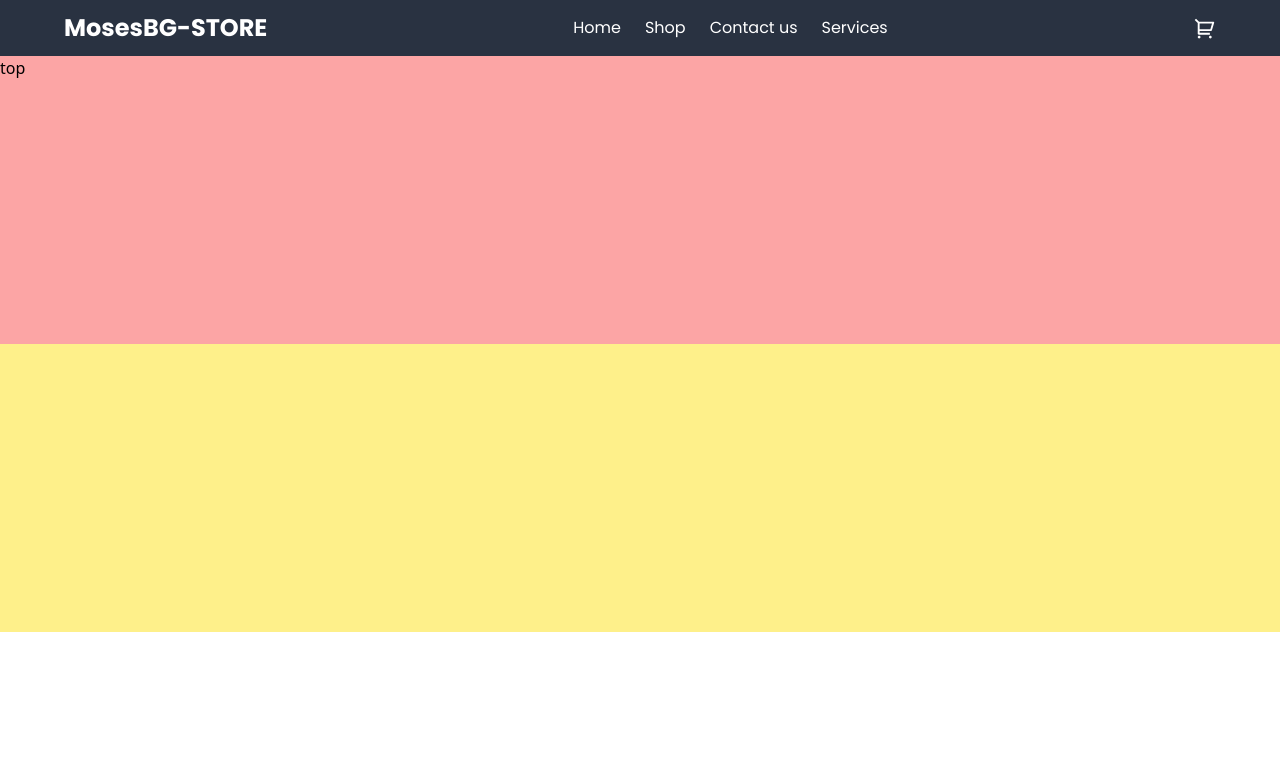
Repository: moshebengan/cart
Page: /fake-store/contact-us
An editor plug-in stored every save of this project. The page is shown before and after the next save, followed by the edit.
The browser window is 1280 px wide. The pictures show the whole page.
The project was rebuilt for these pictures with package versions that can differ from the ones it lists, and the page was loaded fresh each time. Also part of the build but not shown: vite.config.js, src/components/Error.jsx, src/utils/data.js, src/utils/apiCalls.js, src/components/Loading.jsx, src/components/Products.jsx, src/components/Footer.jsx, src/pages/HomePage.jsx and 5 more.

Above is the page before, as saved 2024-09-15 15:32:34.

After the next save:
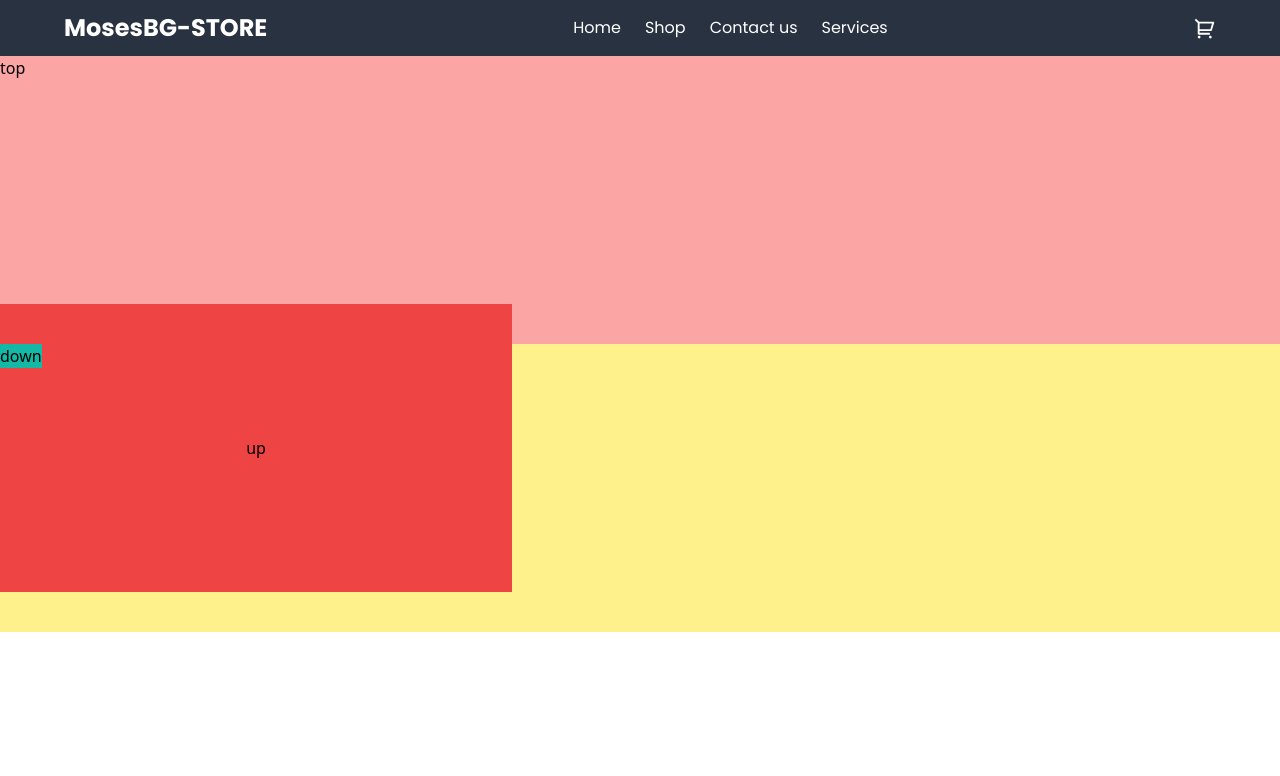
Saved 87 s later.
--- a/src/pages/ContactUs.jsx
+++ b/src/pages/ContactUs.jsx
@@ -2,11 +2,11 @@
 
 const ContactUs = () => {
   return (
-    <div className="w-full h-screen flex flex-col relative">
+    <div className="w-full h-screen flex flex-col">
       <div className="w-full h-[40%] bg-red-300">top</div>
-      <div className="w-full h-[40%] bg-yellow-200 flex flex-row">
-        {/* <div className="absolute bg-red-500 -top-10 flex items-center justify-center w-2/5" >up</div>
-        <div className="absolute bg-teal-500">down</div> */}
+      <div className="w-full h-[40%] bg-yellow-200 flex flex-row relative">
+        <div className="absolute w-2/5 h-full bg-red-500 -top-10 flex items-center justify-center" >up</div>
+        <div className="absolute bg-teal-500">down</div>
         {/* <div className="absolute -top-10 left-10 bg-yellow-300 flex-initial w-64">left</div>
         <div className="absolute -top-10 right-10 bg-pink-400 flex-initial w-32 ">right</div> */}
       </div>
